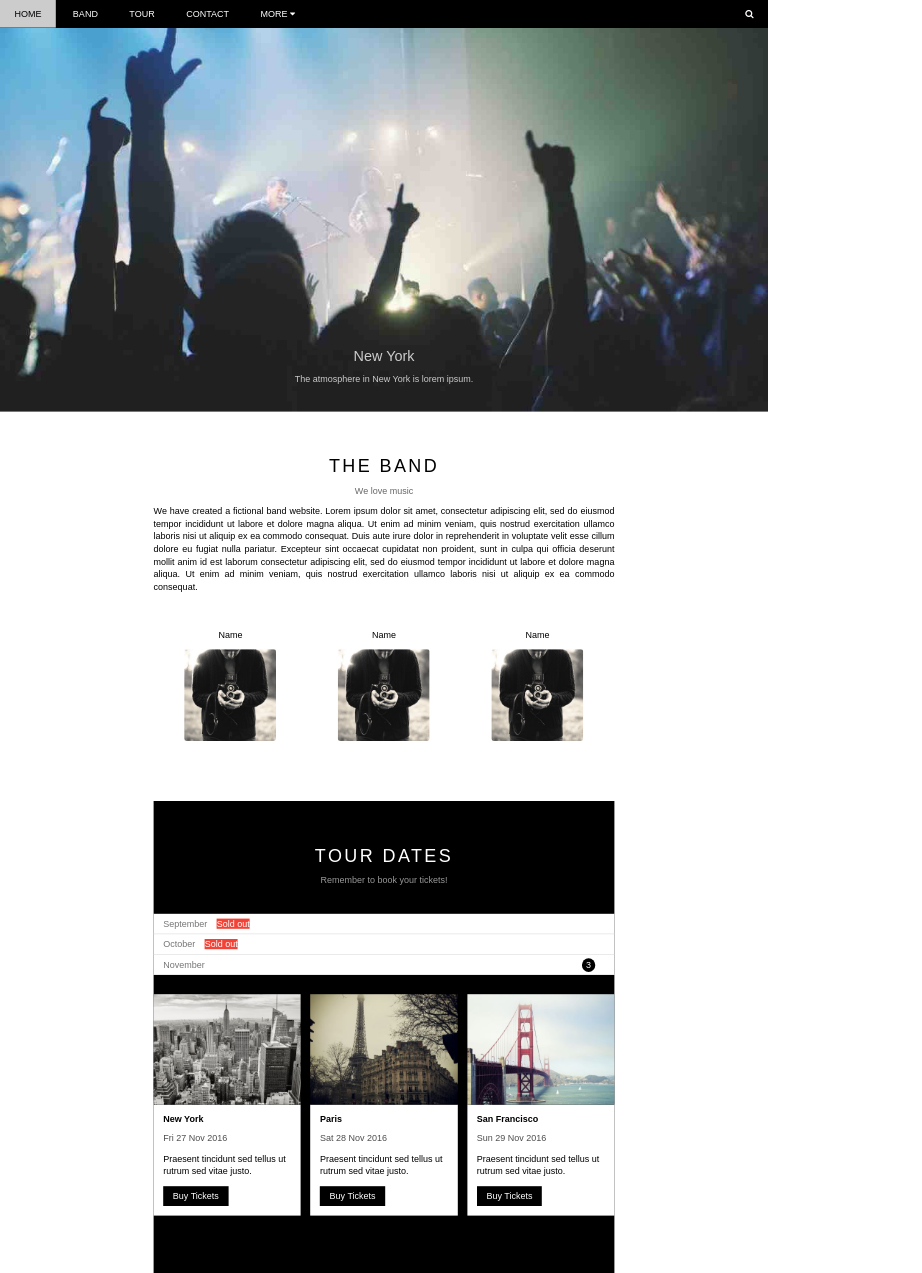
Repository: nguyenhoang2002062929/band
Page: index.html
These files come from the project's save history. The page is drawn as it stood at one moment and after the next save; the edit follows.
The browser window is 1280 px wide. The page is 1280 px wide, then 1536 px, so the pictures cover 1536 px, including what lies to the right of the window. The pictures show the whole page, at 60% of full size.

Above is the page before, as saved 2023-06-07 15:04:39.

After the next save:
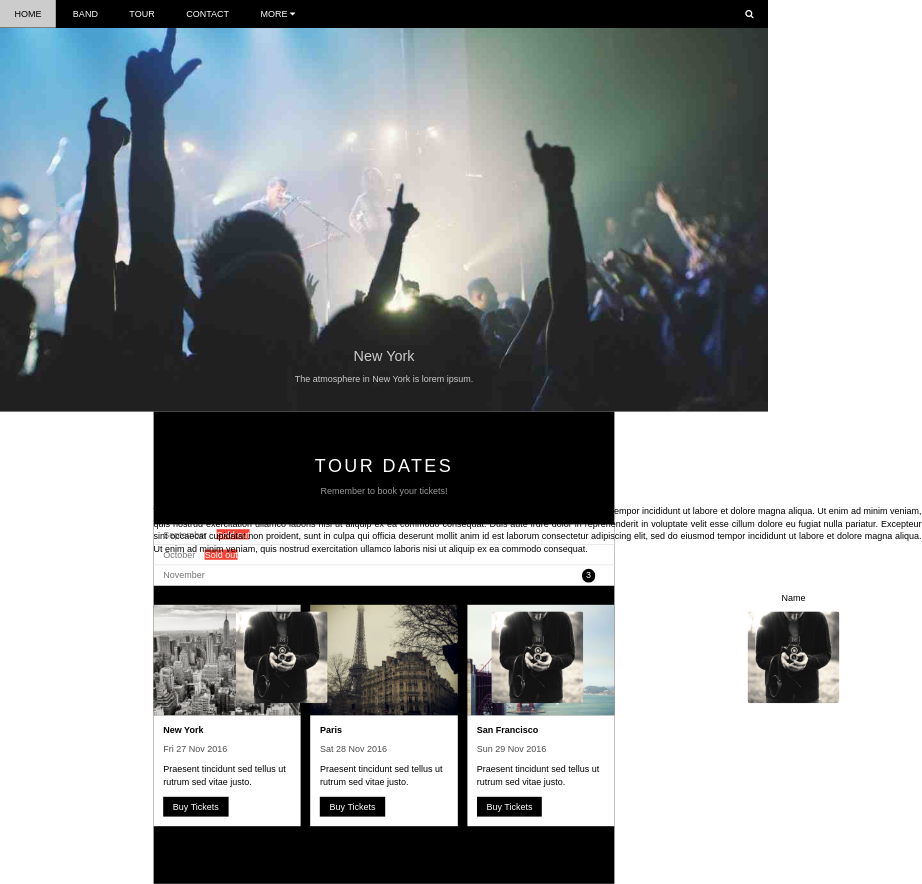
Saved 77 s later.
--- a/assets/css/style.css
+++ b/assets/css/style.css
@@ -123,7 +123,11 @@ cursor: pointer;
     margin-right: auto;
     margin-left: auto;
 }
+.content{
+    position: relative;
+}
 .about{
+    position: absolute;
     width: 100%;
    margin-right: auto;
     margin-left: auto;
